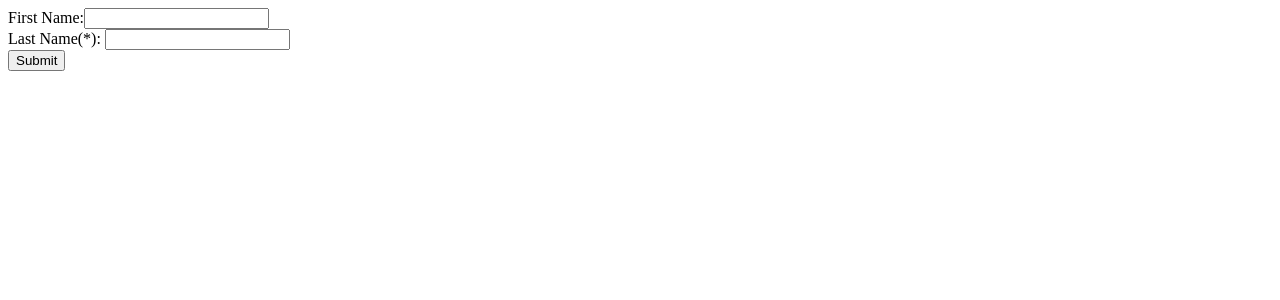
Repository: trungphan47/Backend
Page: http://localhost/test/customer/showForm
The author's editor kept a copy of each file at every save. The page is drawn from the files as they stood at one save, then again after the next save.
The browser window is 1280 px wide. The pictures show the whole page.
The page is served by Tomcat 9. Other server files are loaded and not shown.

Above is the page before, as saved 2021-10-29 17:25:37.

### test/src/main/webapp/WEB-INF/view/customer-form.jsp
<%@ taglib prefix="form" uri="http://www.springframework.org/tags/form"%>
<!DOCTYPE html>
<html>
<head>
<meta charset="ISO-8859-1">
<title>Insert title here</title>
<style>
.error {
	color: red
}
</style>
</head>
<body>
	<form:form action="processForm" modelAttribute="customer">
First Name:<form:input path="firstName" />
		<br>
Last Name(*): <form:input path="lastName" />
		<form:errors path="lastName" cssClass="error"></form:errors>
		<br>
		<input type="submit" value="Submit">
	</form:form>

</body>
</html>

After the next save:
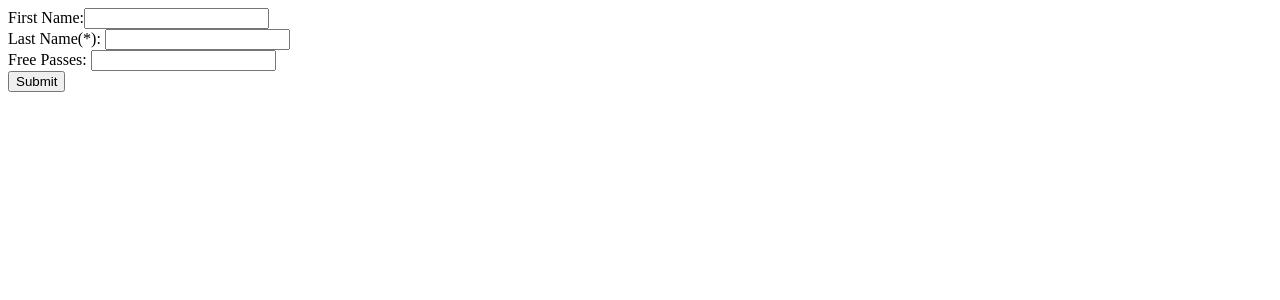
Saved 109 s later.
--- a/test/src/main/webapp/WEB-INF/view/customer-form.jsp
+++ b/test/src/main/webapp/WEB-INF/view/customer-form.jsp
@@ -17,6 +17,10 @@ First Name:<form:input path="firstName" />
 Last Name(*): <form:input path="lastName" />
 		<form:errors path="lastName" cssClass="error"></form:errors>
 		<br>
+		Free Passes: <form:input path="freePasses" />
+		<form:errors path="freePasses" cssClass="error"></form:errors>
+		<br>
+
 		<input type="submit" value="Submit">
 	</form:form>
 
